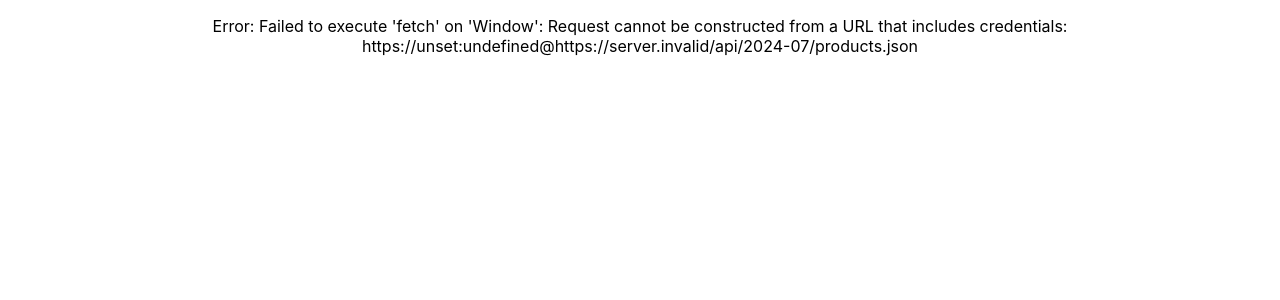
Repository: mitesh-avid-brio/Shopify-React-App
Page: /
The author's editor kept a copy of each file at every save. The page is drawn from the files as they stood at one save, then again after the next save.
The browser window is 1280 px wide. The pictures show the whole page.
The page's requests for data from a server got no answer. The project was rebuilt for these pictures with package versions that can differ from the ones it lists, and the page was loaded fresh each time. No one was signed in, and anything a server would have sent is missing.

Above is the page before, as saved 2024-08-12 11:01:53.

### src/App.js
import './App.css';
import Inventory from './Components/Inventory'

function App() {
  return (
    <div className="App">
      <Inventory />
    </div>
  );
}

export default App;

### src/Components/Inventory.js
import { useEffect, useState } from "react";


function Inventory () {
    const [data, setData] = useState([]);
    const [loading, setLoading] = useState(true);
    const [error, setError] = useState(null);

    useEffect(() => {
        console.log("dad",`https://${process.env.API_KEY}:${process.env.Access_Token}@${process.env.URL}/api/2024-07/products.json`)
        fetch(`https://${process.env.NEXT_PUBLIC_API_KEY}:${process.env.NEXT_PUBLIC_Access_Token}@${process.env.NEXT_PUBLIC_URL}/api/2024-07/products.json`,{
            method: "GET",
            headers:{
                "X-Shopify-Access-Token": "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",
                "content-type": "application/json",
            }
        })
            .then(response => {
              if (!response.ok) {
                throw new Error('Network response was not ok');
              }
              return response.json();
            })
            .then(data => {
                if(data){
                    setData(data.results);
                    setLoading(false);
                }
            })
            .catch(error => {
              setError(error);
              setLoading(false);
            });
    }, []);

    console.log("Products", data)

    const product_inverntory= [
        {id:"01",title:"Bike",price:'50$',variants:"Blue"},
        {id:"02",title:"Car",price:'150$',variants:"Black"},
    ]

    if (loading) return <p>Loading...</p>;
    if (error) return <p>Error: {error.message}</p>;
    return (
        <div className="main_container">
            <h2 className='heading'>Shopify Panel</h2>

                    <div className="table_data">
                        <table className="table">
                            <thead className='table_head'>
                                <tr>
                                    <th>Id</th>
                                    <th>Title</th>
                                    <th>Price</th>
                                    <th>Variants</th>
                                    {/* <th>Action</th> */}
                                </tr>
                            </thead>
                        </table>

                        <div className="tbody_container">
                            <table>
                                <tbody>
                                    {product_inverntory.map((item)=>(
                                        <tr className='body_row' key={item.id}>
                                        <td className='index' data-label="index">{item?.id}</td>
                                        <td className='details' data-label="title">{item?.title}</td>
                                        <td className='details' data-label="price">{item?.price}</td>
                                        <td className='details' data-label="variant">{item?.variants}</td>
                                        {/* <td className='details' data-label="action"> </td> */}
                                    </tr>)) }
                                </tbody>
                            </table>
                        </div>
                    </div>
        </div>
    )
}

export default Inventory;





// X-Shopify-Access-Token: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
// api key: aec14829c6068d3c7209b0fb1c99cfa1
// api secret: ec53dbafa6a84fc722a14565b63e397e
// https://pakt-shirts.myshopify.com/

Loaded but not shown: public/index.html (common file); src/index.js (common file); src/index.css (common file); src/reportWebVitals.js (common file); src/App.css (common file)

After the next save:
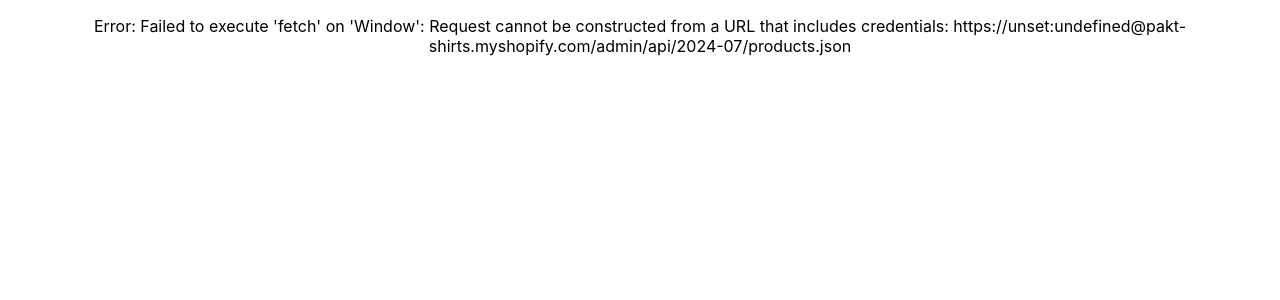
Saved 58 s later.
--- a/src/Components/Inventory.js
+++ b/src/Components/Inventory.js
@@ -8,7 +8,7 @@
 
     useEffect(() => {
         console.log("dad",`https://${process.env.API_KEY}:${process.env.Access_Token}@${process.env.URL}/api/2024-07/products.json`)
-        fetch(`https://${process.env.NEXT_PUBLIC_API_KEY}:${process.env.NEXT_PUBLIC_Access_Token}@${process.env.NEXT_PUBLIC_URL}/api/2024-07/products.json`,{
+        fetch(`https://${process.env.NEXT_PUBLIC_API_KEY}:${process.env.NEXT_PUBLIC_Access_Token}@${process.env.NEXT_PUBLIC_SHOPIFY_BASE_URL}/api/2024-07/products.json`,{
             method: "GET",
             headers:{
                 "X-Shopify-Access-Token": "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",
